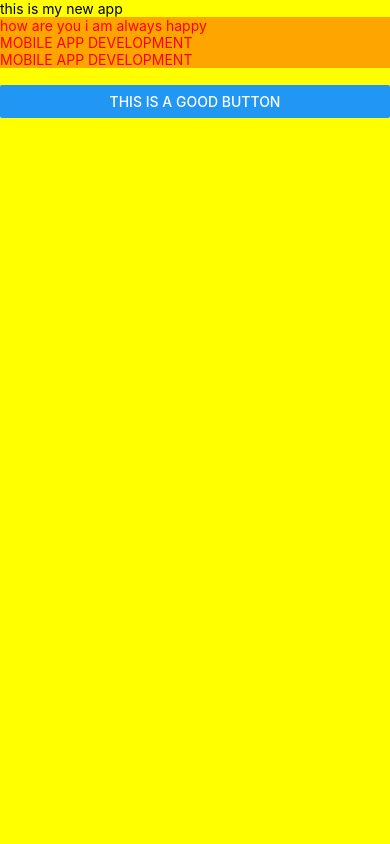
Repository: 2000-Nanayaw/MobileApp
Screen: /
These files come from the project's save history. The screen is drawn as it stood at one moment and after the next save; the edit follows.
The app was drawn by React Native's web renderer in a window 390 px wide. The project was rebuilt for these pictures with package versions that can differ from the ones it lists, and the page was loaded fresh each time.

Above is the screen before, as saved 2023-08-26 03:12:17.

### App.js
// import { StatusBar } from "expo-status-bar";
// import { Button, StyleSheet, Text, View, TextInput } from "react-native";

// function App() {
//   return (
//     <View style={styles.container}>
//       <View style={styles.container}>
//         <Text style={styles.color1}>SKY community school</Text>
//         <Button title="THIS IS MY NEW APP" />
//       </View>
//       <StatusBar style="auto" />
//     </View>
//   );
// }
// const styles = StyleSheet.create({
//   container: {
//     flex: 1,
//     backgroundColor: "steelblue",
//     alignItems: "center",
//     justifyContent: "center",
//   },
//   color1: {
//     color: "yellow",
//     backgroundColor: "red"
//   },
// });

// export default App;

import { StatusBar } from "expo-status-bar";
import { Button, Text, TextInput, View, StyleSheet } from "react-native";

function jsar() {
  return (
    <View style={style.container}>
      <Text>this is my new app</Text>
      <Text style={style.colors}>how are you i am always happy</Text>
      <Text style={style.colors}>MOBILE APP DEVELOPMENT</Text>
      <Text style={style.colors}>MOBILE APP DEVELOPMENT</Text>
      <TextInput title="MOBILE APP DEVELOPMENT" />
      <Button title="this is a good button" />
    </View>
  );
}
const style = StyleSheet.create({
  colors: {
    backgroundColor: "orange",
    color: "red",
  },
  container: {
    flex: 1,
    backgroundColor: "yellow",
    flexDirection: "column",
  },
});
export default jsar;

After the next save:
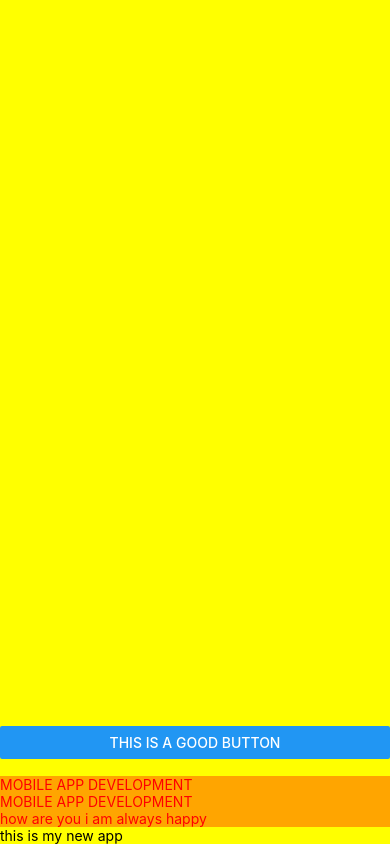
Saved 40 s later.
--- a/App.js
+++ b/App.js
@@ -50,7 +50,7 @@ const style = StyleSheet.create({
   container: {
     flex: 1,
     backgroundColor: "yellow",
-    flexDirection: "column",
+    flexDirection: "column-reverse",
   },
 });
 export default jsar;
